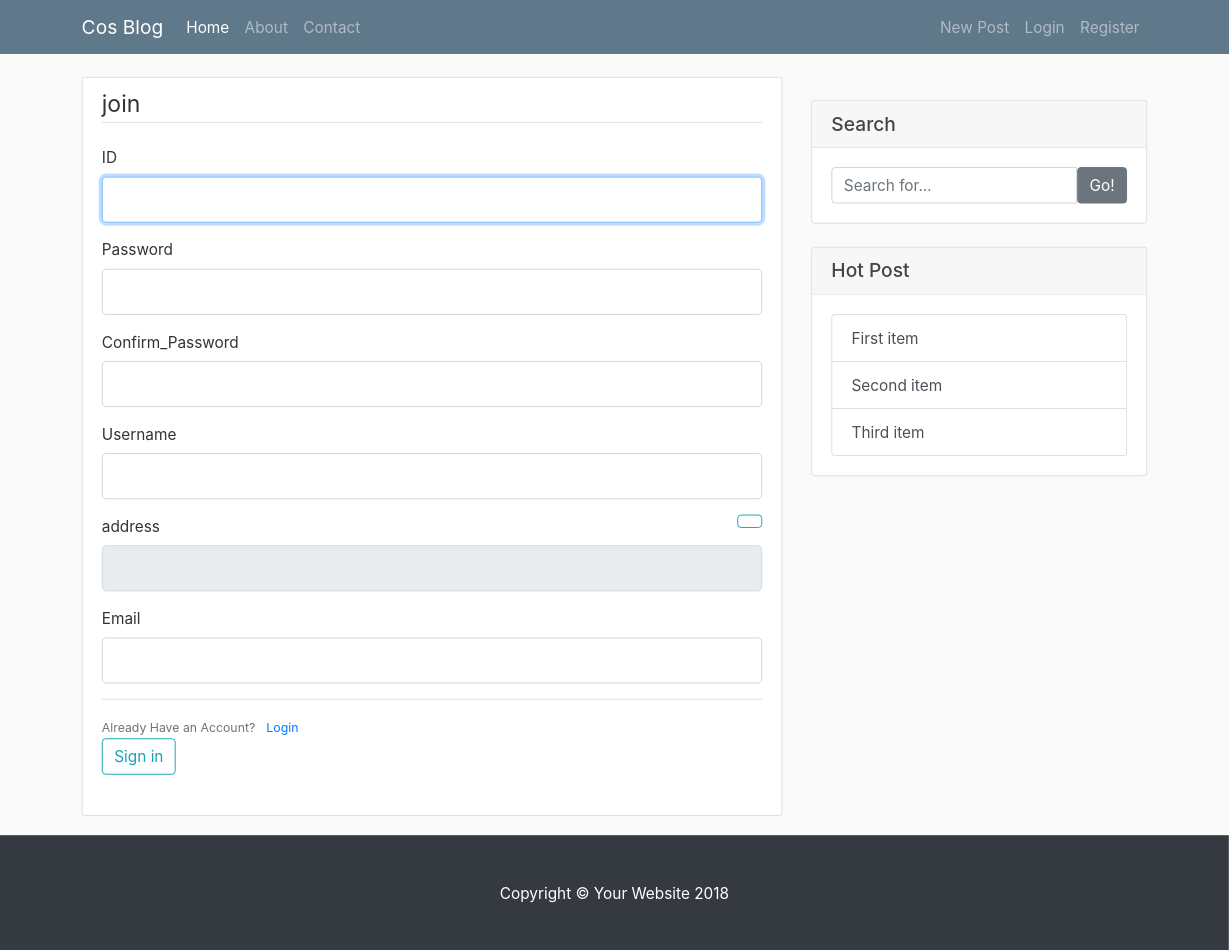
Repository: DogyeKing/blog
Page: http://localhost/blog/member/joinForm.jsp
The author's editor kept a copy of each file at every save. The page is drawn from the files as they stood at one save, then again after the next save.
The browser window is 1280 px wide. The pictures show the whole page, at 96% of full size.
The page is served by Tomcat 9.

Above is the page before, as saved 2018-08-08 07:17:36.
Console error (its wording comes from the project's code and is left out).

After the next save:
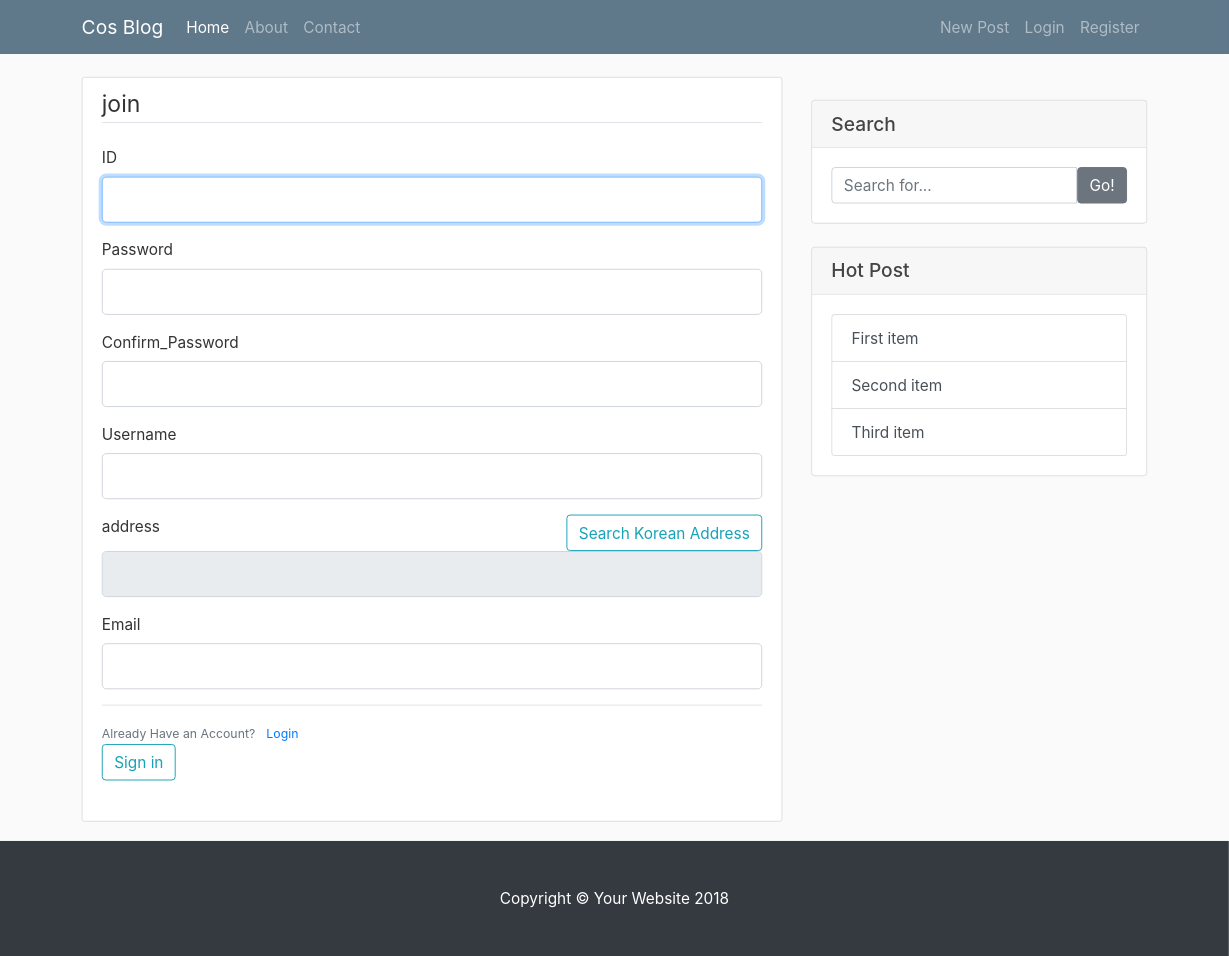
Saved 15 s later.
--- a/blog/blog/WebContent/member/joinForm.jsp
+++ b/blog/blog/WebContent/member/joinForm.jsp
@@ -58,7 +58,7 @@
 
 			<div class="form-group">
 				<label class="form-control-label">address</label>
-				<button class="btn btn-outline-info float-right" onclick="#" type="button"></button>
+				<button class="btn btn-outline-info float-right" onclick="#" type="button">Search Korean Address</button>
 				<input class="form-control form-control-lg" type="text" name="roadFullAddr" maxlength="20" required readonly>
 			</div>
 
